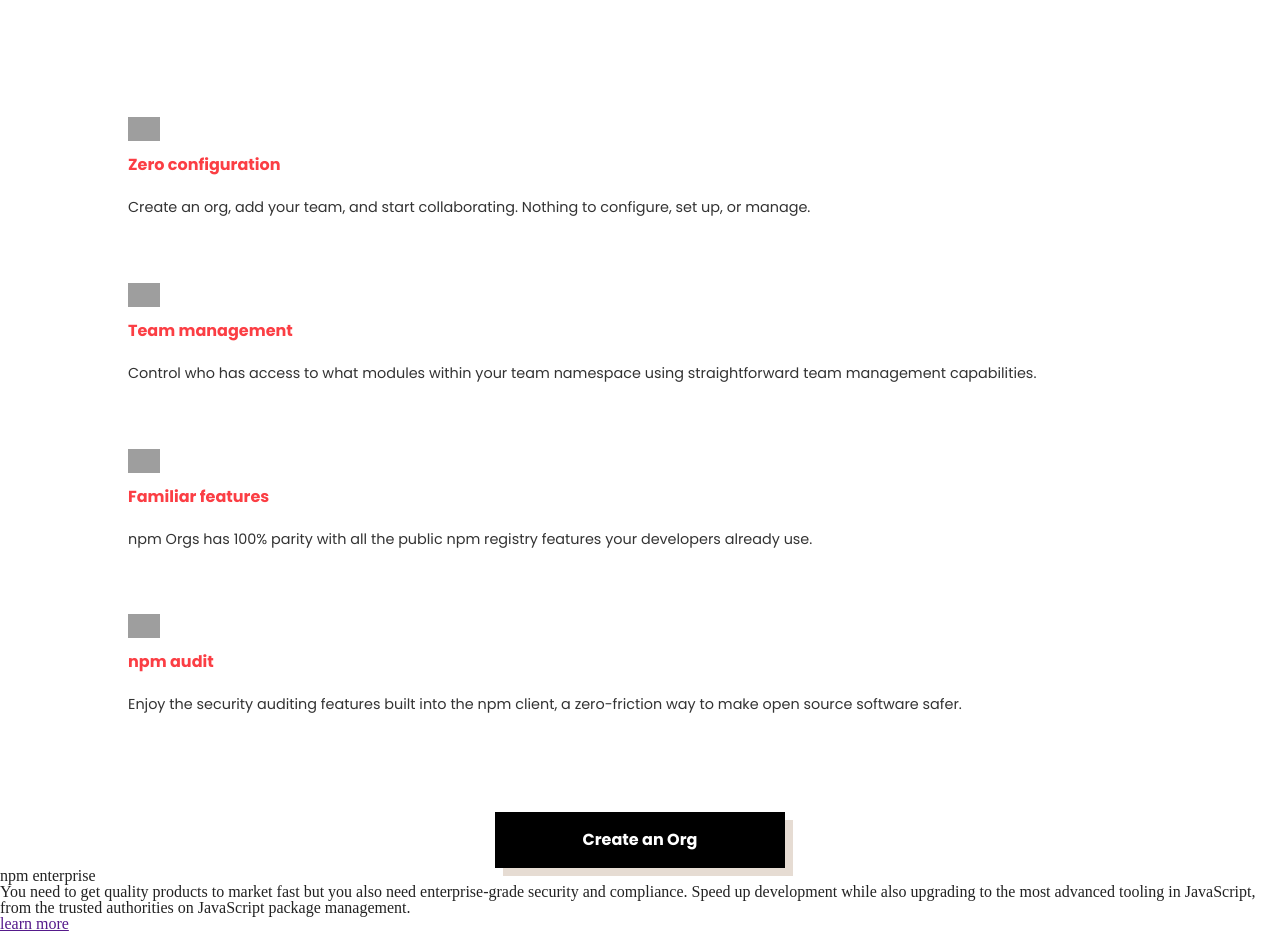
Repository: MarilynCuore/Ejercicico4
Page: index.html
An editor plug-in stored every save of this project. The page is shown before and after the next save, followed by the edit.
The browser window is 1280 px wide. The pictures show the part of the page from y = 1342 to 2294 px (the page is 2274 px tall before and 2294 px after).
Pictures or frames that could not be fetched are drawn as grey boxes. Some web libraries are served in a nearby version. The style sheet was rebuilt from its Sass, Less or Tailwind sources for each picture, by a compiler version that may differ from the author's.

Above is the page before, as saved 2019-05-26 21:51:36.

After the next save:
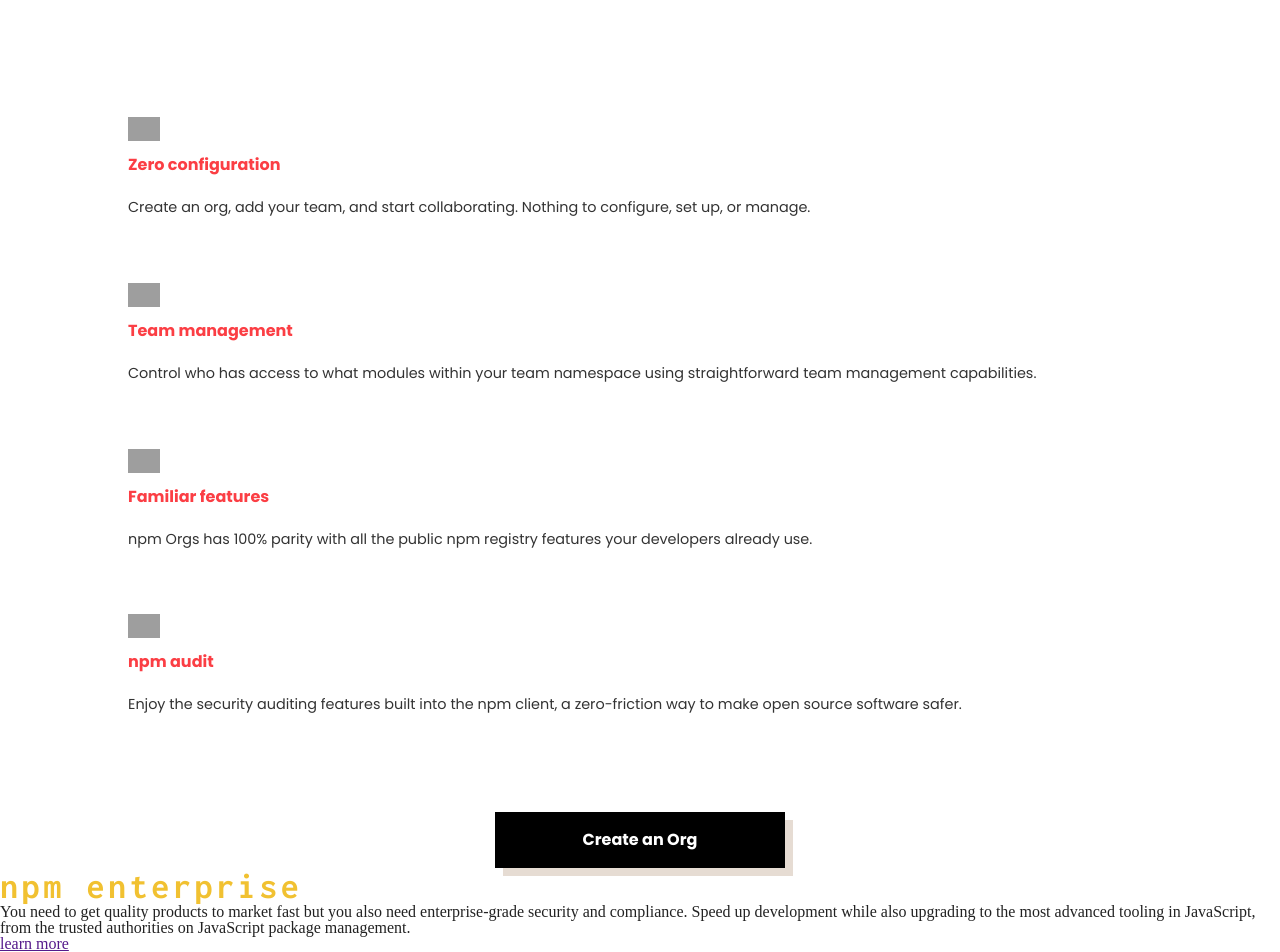
Saved 18 s later.
--- a/index.html
+++ b/index.html
@@ -106,7 +106,7 @@
         </div>
     </section>
 
-    <section>
+    <section class="section-four">
         <h1>npm enterprise</h1>
         <span>
             You need to get quality products to market fast but you also need enterprise-grade security and compliance.
